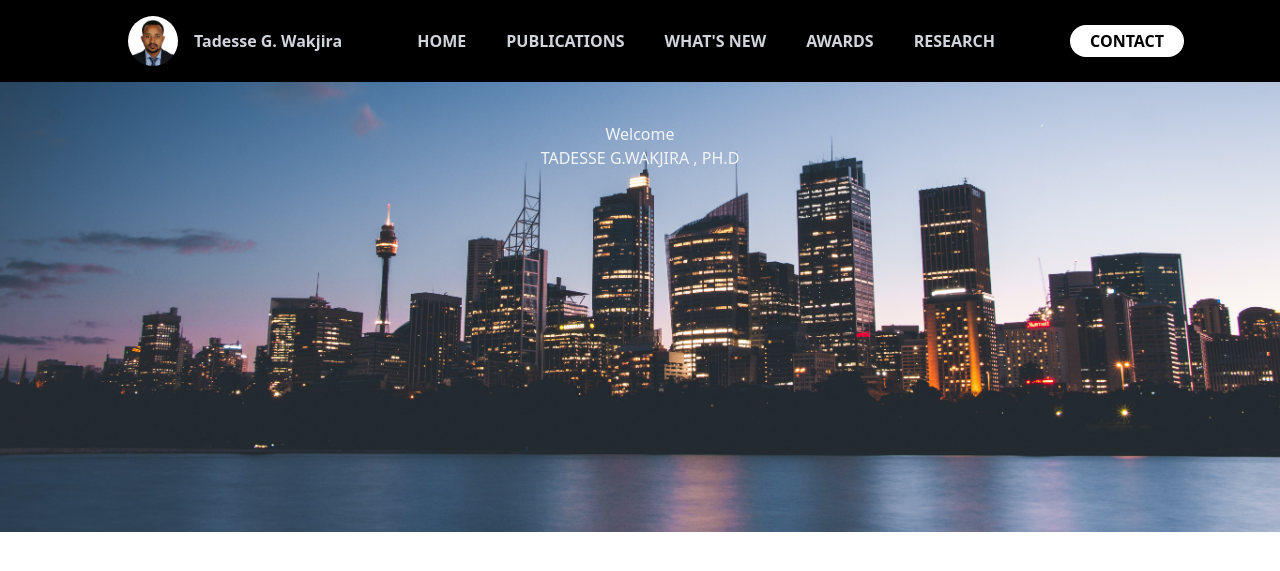
Repository: Elias-Kibret/Tade-portfoilo
Page: /
An editor plug-in stored every save of this project. The page is shown before and after the next save, followed by the edit.
The browser window is 1280 px wide. The pictures show the whole page.
The project was rebuilt for these pictures with package versions that can differ from the ones it lists, and the page was loaded fresh each time. The framework's server and built-in components were replaced by stand-ins that run in the browser. Also part of the build but not shown: next.config.js.

Above is the page before, as saved 2022-06-28 00:38:20.

After the next save:
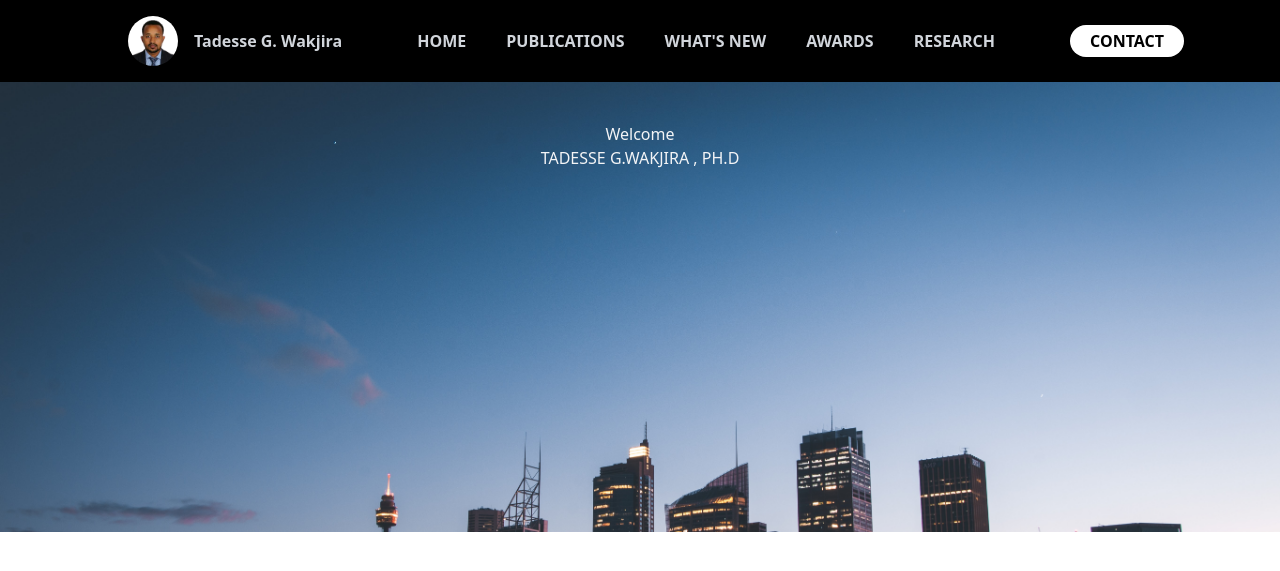
Saved 9 s later.
--- a/styles/globals.css
+++ b/styles/globals.css
@@ -8,7 +8,7 @@
     background-image: url('../public/Img/BG.jpg');
     background-size: cover;
     background-position: center;
-    background-position: bottom;
+    background-position: top;
     background-repeat: no-repeat;
 
 }
